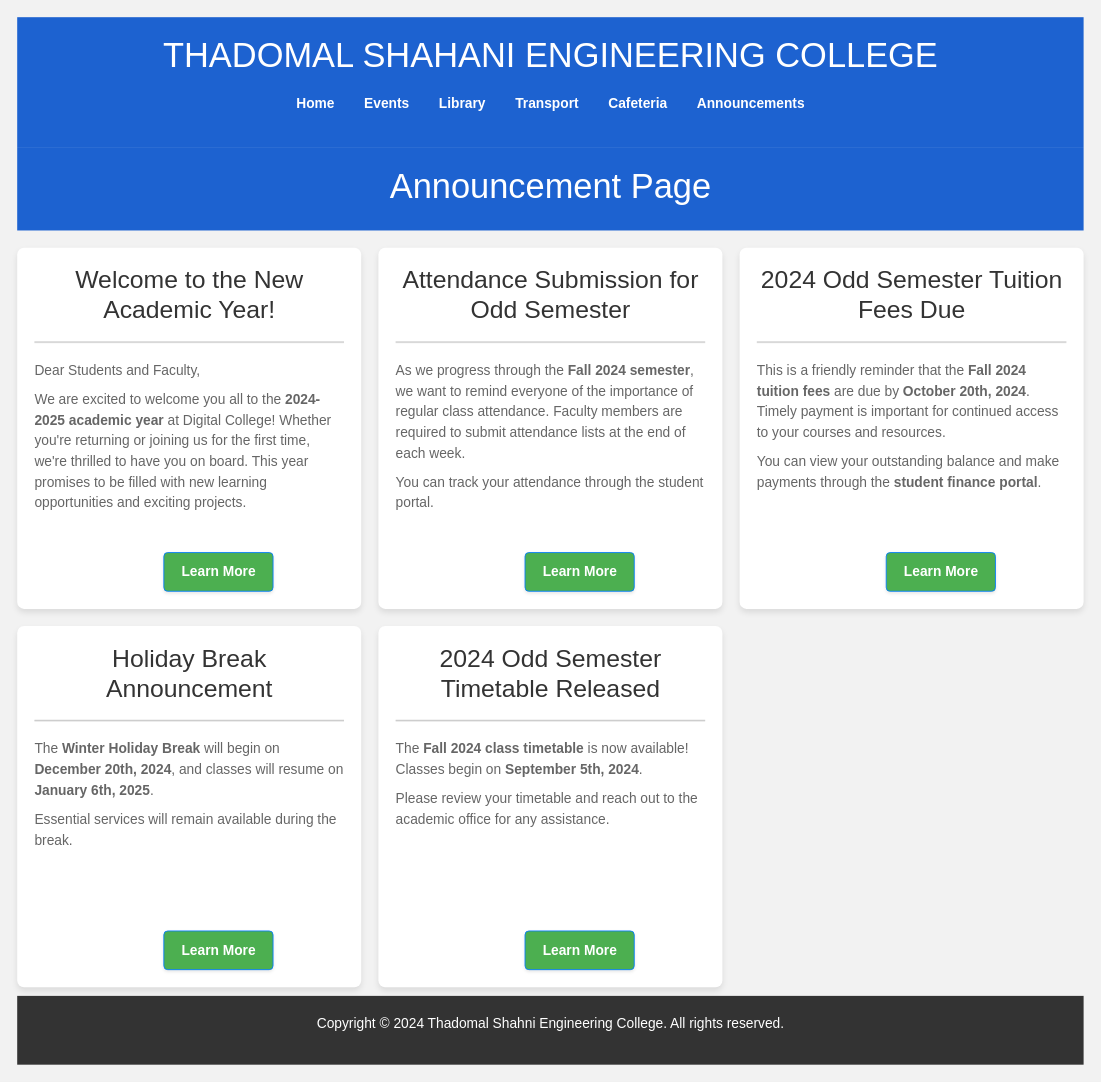
Repository: TejasS1233/MINITHON-hackathon-project
Page: annoucementpage.html
The author's editor kept a copy of each file at every save. The page is drawn from the files as they stood at one save, then again after the next save.
The browser window is 1280 px wide. The pictures show the whole page, at 86% of full size.

Above is the page before, as saved 2024-09-20 12:09:22.

After the next save:
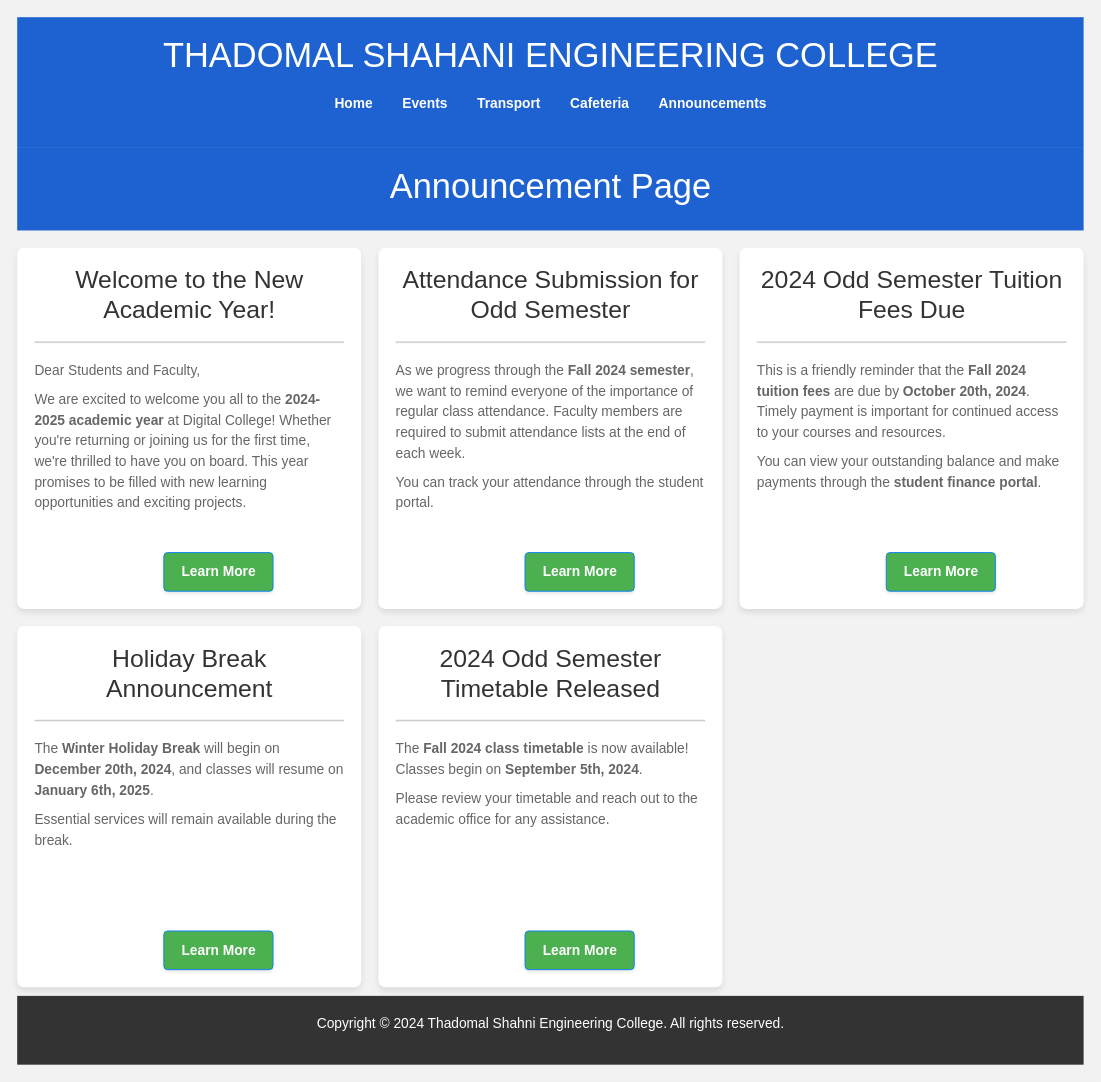
Saved 7 s later.
--- a/annoucementpage.html
+++ b/annoucementpage.html
@@ -14,7 +14,7 @@
         <nav>
             <a href="Home.html">Home</a>
             <a href="Event.html">Events</a>
-            <a href="comics.html">Library</a>
+            <a href="Rishit.html>Library</a>
             <a href="bustracking.html">Transport</a>
             <a href="cafe.html">Cafeteria</a>
             <a href="annoucementpage.html">Announcements</a>

After the save that followed:
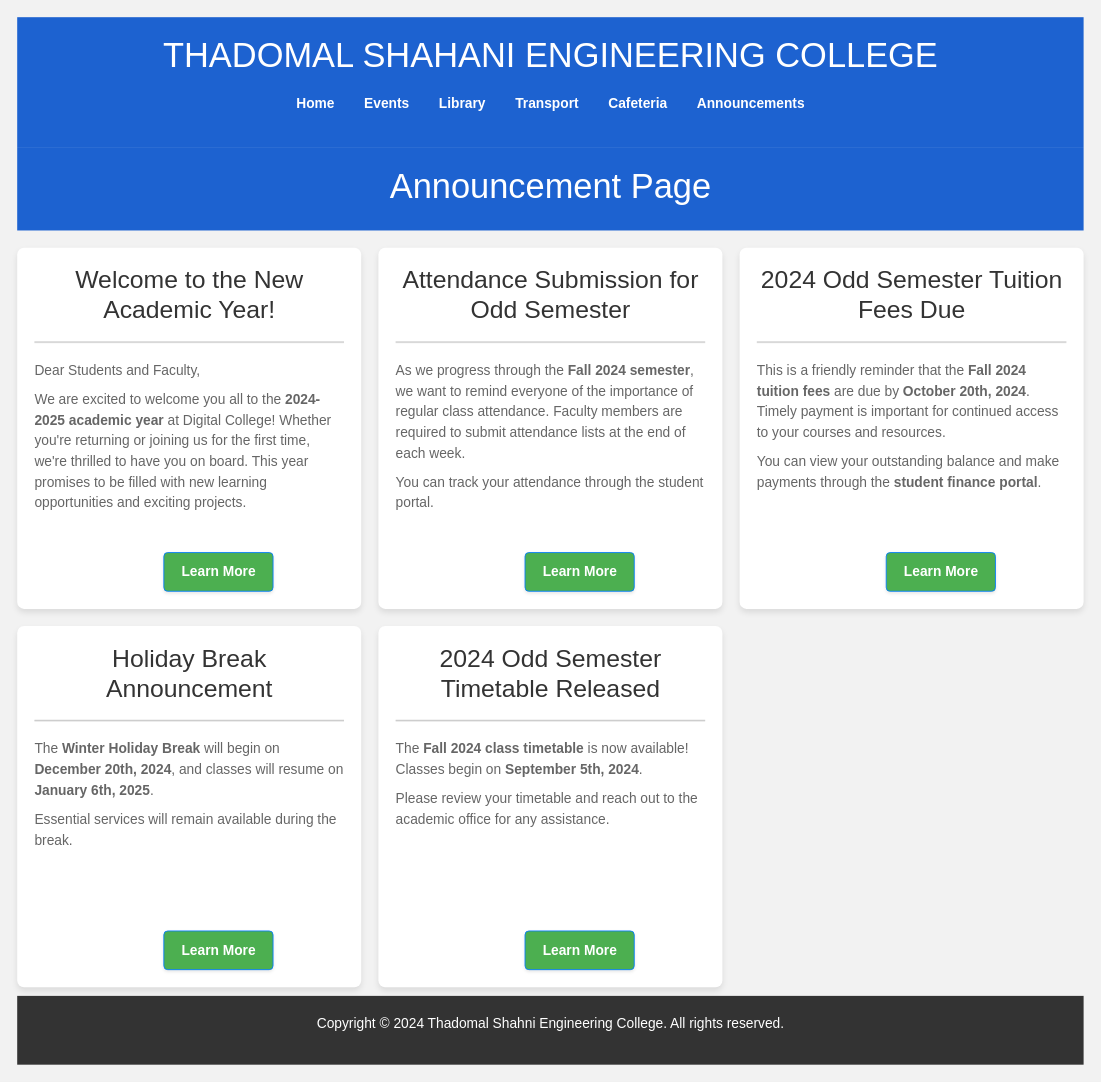
Saved 5 s later.
--- a/annoucementpage.html
+++ b/annoucementpage.html
@@ -14,7 +14,7 @@
         <nav>
             <a href="Home.html">Home</a>
             <a href="Event.html">Events</a>
-            <a href="Rishit.html>Library</a>
+            <a href="Rishit.html">Library</a>
             <a href="bustracking.html">Transport</a>
             <a href="cafe.html">Cafeteria</a>
             <a href="annoucementpage.html">Announcements</a>
